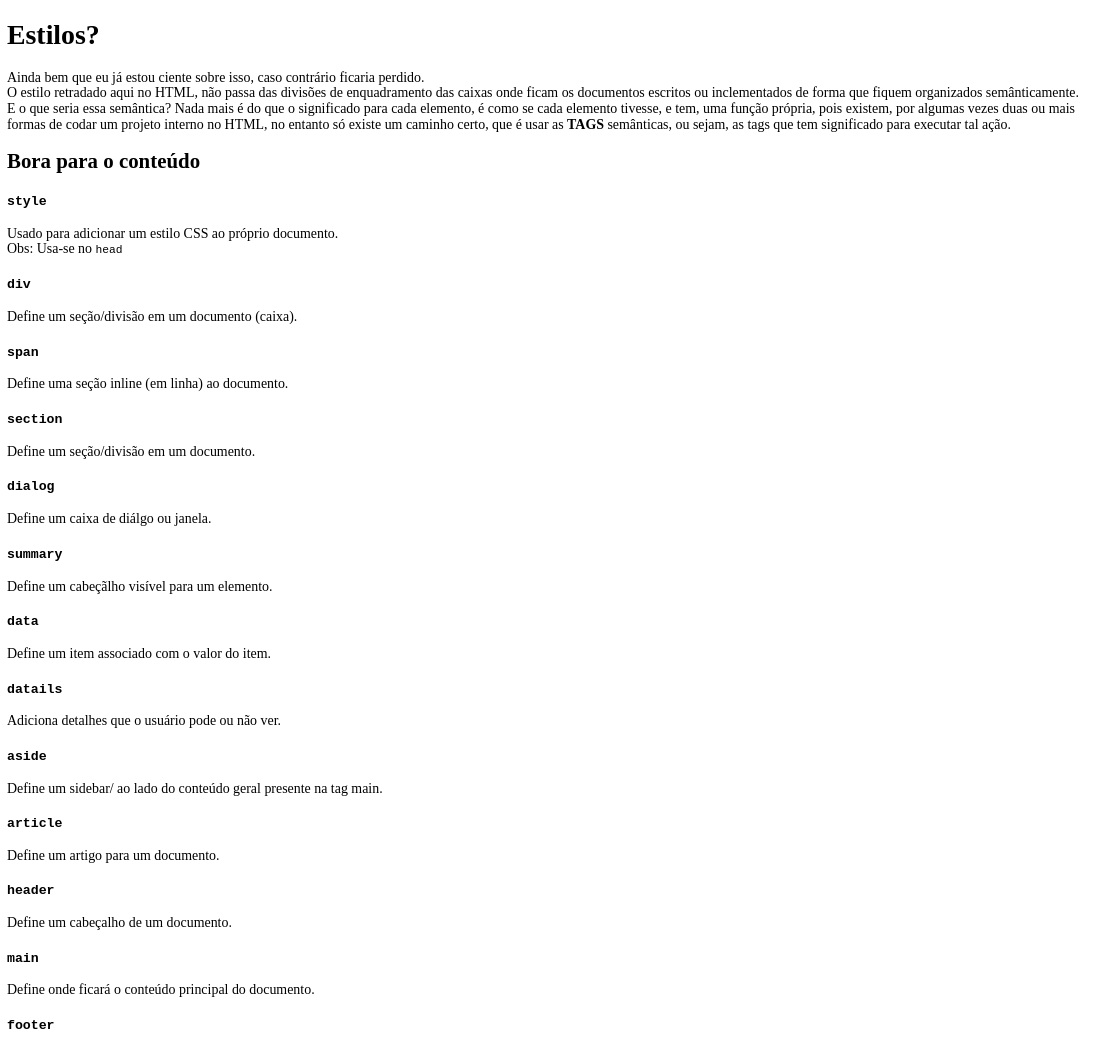
Repository: ErikMesquita/Danki-Code
Page: estilos/index.html
The author's editor kept a copy of each file at every save. The page is drawn from the files as they stood at one save, then again after the next save.
The browser window is 1280 px wide. The pictures show the whole page, at 87% of full size.

Above is the page before, as saved 2023-10-29 18:22:36.

### estilos/index.html
<!DOCTYPE html>
<html lang="pt-br">

<head>
    <meta charset="UTF-8">
    <meta name="viewport" content="width=device-width, initial-scale=1.0">
    <title>Estilos em HTML</title>
</head>

<body>
    <h1>Estilos?</h1>
        <p>
            Ainda bem que eu já estou ciente sobre isso, caso contrário ficaria perdido. <br>
            O estilo retradado aqui no HTML, não passa das divisões de enquadramento das caixas onde ficam os documentos escritos ou inclementados de forma que fiquem organizados semânticamente. <br>
            E o que seria essa semântica? Nada mais é do que o significado para cada elemento, é como se cada elemento tivesse, e tem, uma função própria, pois existem, por algumas vezes duas ou mais formas de codar um projeto interno no HTML, no entanto só existe um caminho certo, que é usar as <strong>TAGS</strong> semânticas, ou sejam, as tags que tem significado para executar tal ação.
        </p>

        <h2>Bora para o conteúdo</h2>

            <h3><code>style</code></h3>
            <p>
                Usado para adicionar um estilo CSS ao próprio documento. <br>
                Obs: Usa-se no <code>head</code>
            </p>

            <h3><code>div</code></h3>
            <p>
                Define um seção/divisão em um documento (caixa).
            </p>

            <h3><code>span</code></h3>
            <p>
                Define uma seção inline (em linha) ao documento.
            </p>

            <h3><code>section</code></h3>
            <p>
                Define um seção/divisão em um documento.
            </p>

            <h3><code>dialog</code></h3>
            <p>
                Define um caixa de diálgo ou janela.
            </p>

            <h3><code>summary</code></h3>
            <p>
                Define um cabeçãlho visível para um elemento.
            </p>

            <h3><code>data</code></h3>
            <p>
                Define um item associado com o valor do item.
            </p>


            <h3><code>datails</code></h3>
            <p>
                Adiciona detalhes que o usuário pode ou não ver.
            </p>

            <h3><code>aside</code></h3>
            <p>
                Define um sidebar/ ao lado do conteúdo geral presente na tag main.
            </p>

            <h3><code>article</code></h3>
            <p>
                Define um artigo para um documento.
            </p>

            <h3><code>header</code></h3>
            <p>
                Define um cabeçalho de um documento.
            </p>

            <h3><code>main</code></h3>
            <p>
                Define onde ficará o conteúdo principal do documento.
            </p>

            <h3><code>footer</code></h3>


</body>

</html>

After the next save:
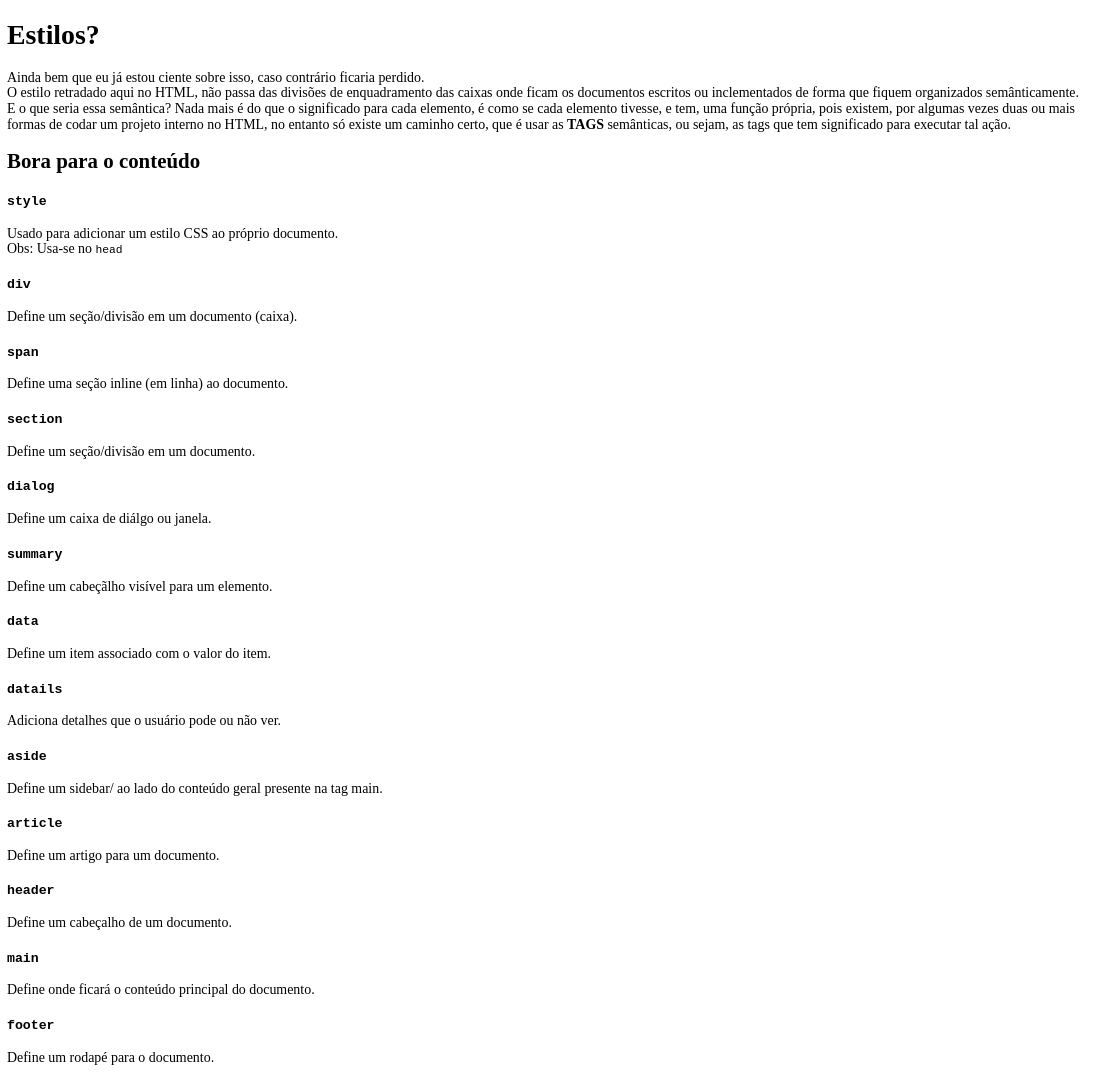
Saved 13 s later.
--- a/estilos/index.html
+++ b/estilos/index.html
@@ -80,6 +80,9 @@
             </p>
 
             <h3><code>footer</code></h3>
+            <p>
+                Define um rodapé para o documento.
+            </p>
 
 
 </body>
